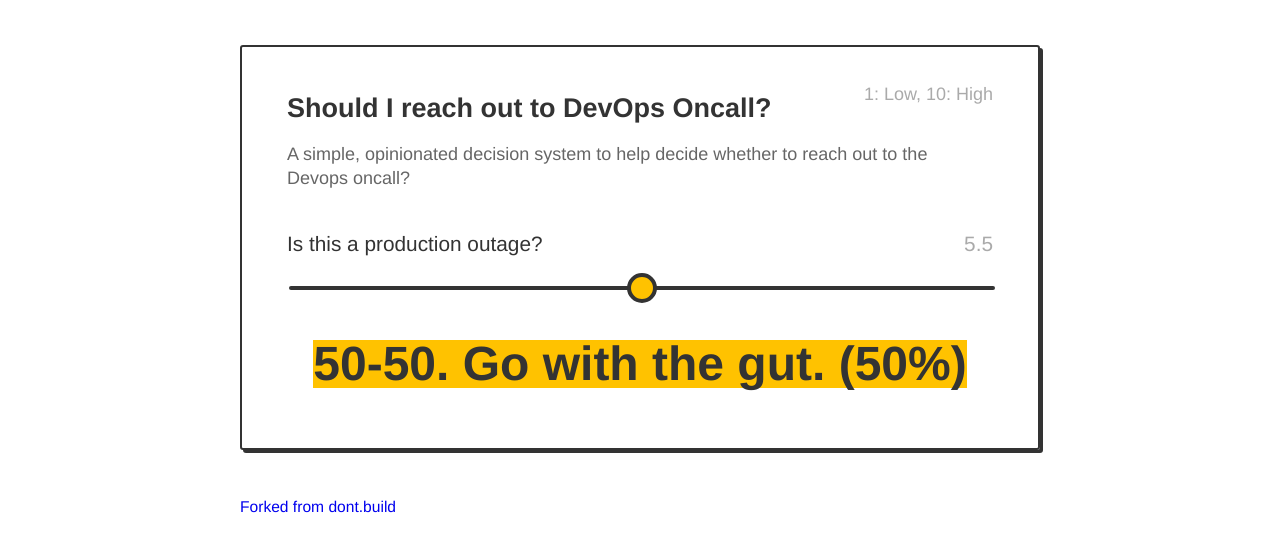
Repository: harishbsrinivas/dont.call
Page: index.html
These files come from the project's save history. The page is drawn as it stood at one moment and after the next save; the edit follows.
The browser window is 1280 px wide. The pictures show the whole page.

Above is the page before, as saved 2022-12-03 17:08:50.
Console error: TypeError: Cannot set properties of null (setting 'value')

After the next save:
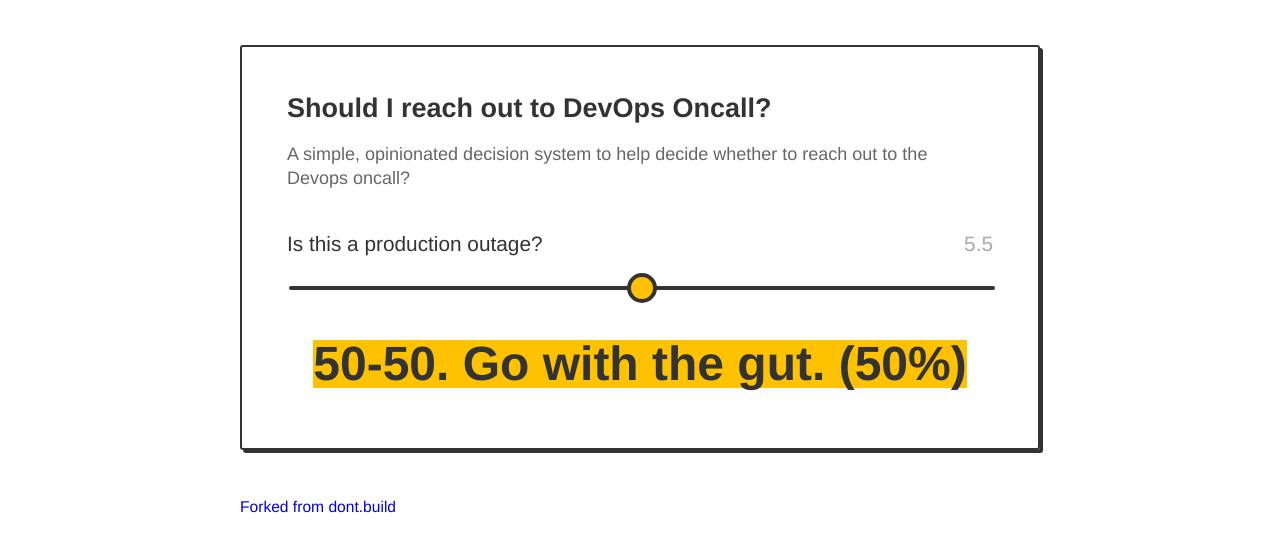
Saved 2 min 52 s later.
--- a/index.html
+++ b/index.html
@@ -16,7 +16,6 @@
 
     <div class="container">
         <section class="box">
-            <p class="help">1: Low, 10: High</p>
             <h1 class="title">Should I reach out to DevOps Oncall?</h1>
             <p>A simple, opinionated decision system to help decide whether to reach out to the Devops oncall?</p>
             <br />
